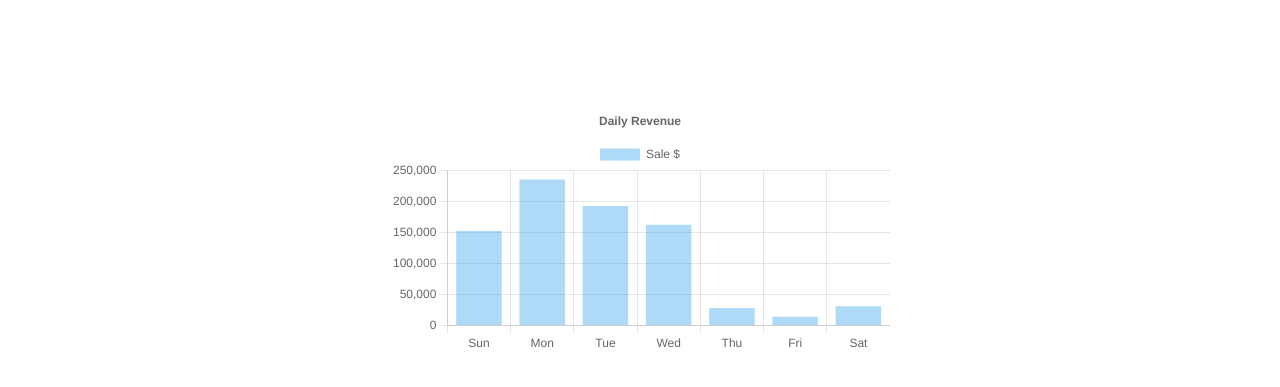
Repository: k8ANStar/exercise-5
Page: /
These files come from the project's save history. The page is drawn as it stood at one moment and after the next save; the edit follows.
The browser window is 1280 px wide. The pictures show the whole page.
The project was rebuilt for these pictures with package versions that can differ from the ones it lists, and the page was loaded fresh each time. The framework's server and built-in components were replaced by stand-ins that run in the browser. Also part of the build but not shown: next.config.mjs.

Above is the page before, as saved 2024-04-15 10:09:19.

### pages/index.js
import styles from "@/styles/Home.module.css";
import VerticalChart from "@/components/VerticalChart";

export default function Home() {
	return (
		<>
			<main className={`${styles.main} `}>
				<VerticalChart />
			</main>
		</>
	);
}

### styles/Home.module.css
.main {
	display: flex;
	flex-direction: column;
	justify-content: space-between;
	align-items: center;
	padding: 6rem;
	min-height: 20vh;
}

### components/VerticalChart/index.js
import styles from "./VerticalChart.module.css";
import { Bar } from "react-chartjs-2";
import {
	Chart as ChartJS,
	CategoryScale,
	LinearScale,
	BarElement,
	Title,
	Tooltip,
	Legend,
} from "chart.js";

import { useEffect, useState } from "react";

ChartJS.register(
	CategoryScale,
	LinearScale,
	BarElement,
	Title,
	Tooltip,
	Legend
);

export default function VerticalChart() {
	const [chartData, setChartData] = useState({
		datasets: [],
	});
	const [chartOptions, setChartOptions] = useState({});

	useEffect(() => {
		setChartData({
			labels: ["Sun", "Mon", "Tue", "Wed", "Thu", "Fri", "Sat"],
			datasets: [
				{
					label: "Sale $",
					data: [152340, 235256, 192455, 162430, 28456, 14326, 31000],
					borderColor: "rgb(53, 162, 235)",
					backgroundColor: "rgb(53, 162, 235, 0.4)",
				},
			],
		});

		setChartOptions({
			plugins: {
				legend: {
					postion: "top",
				},
				title: {
					display: true,
					text: "Daily Revenue",
				},
			},
			maintainAspectRatio: false,
			responsive: true,
		});
	}, []);

	return (
		<div>
			<Bar
				data={chartData}
				options={chartOptions}
				style={{ width: "500px", height: "300px" }}
			/>
		</div>
	);
}

Loaded but not shown: pages/_app.js (common file); pages/_document.js (common file); styles/globals.css (common file); components/VerticalChart/VerticalChart.module.css (no stored copy; drawn as an empty file)

After the next save:
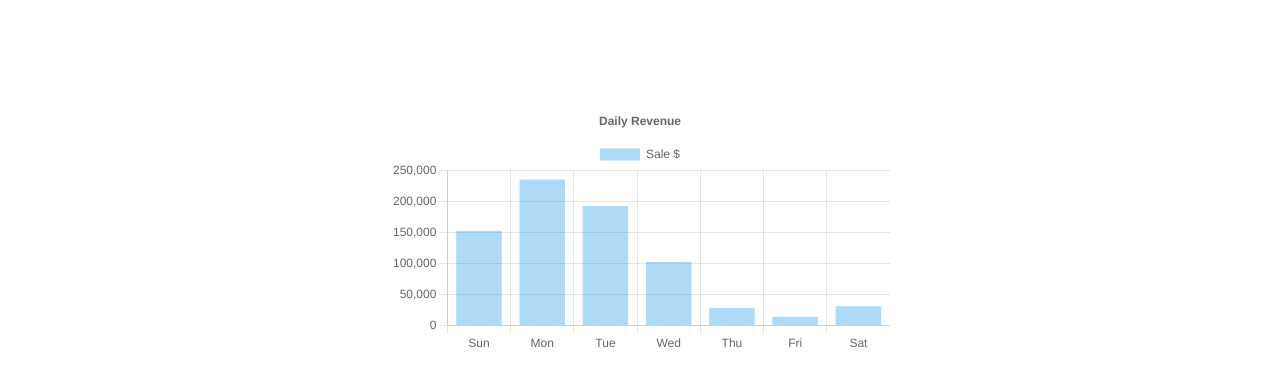
Saved 65 s later.
--- a/components/VerticalChart/index.js
+++ b/components/VerticalChart/index.js
@@ -33,7 +33,7 @@ export default function VerticalChart() {
 			datasets: [
 				{
 					label: "Sale $",
-					data: [152340, 235256, 192455, 162430, 28456, 14326, 31000],
+					data: [152340, 235256, 192455, 102430, 28456, 14326, 31000],
 					borderColor: "rgb(53, 162, 235)",
 					backgroundColor: "rgb(53, 162, 235, 0.4)",
 				},
